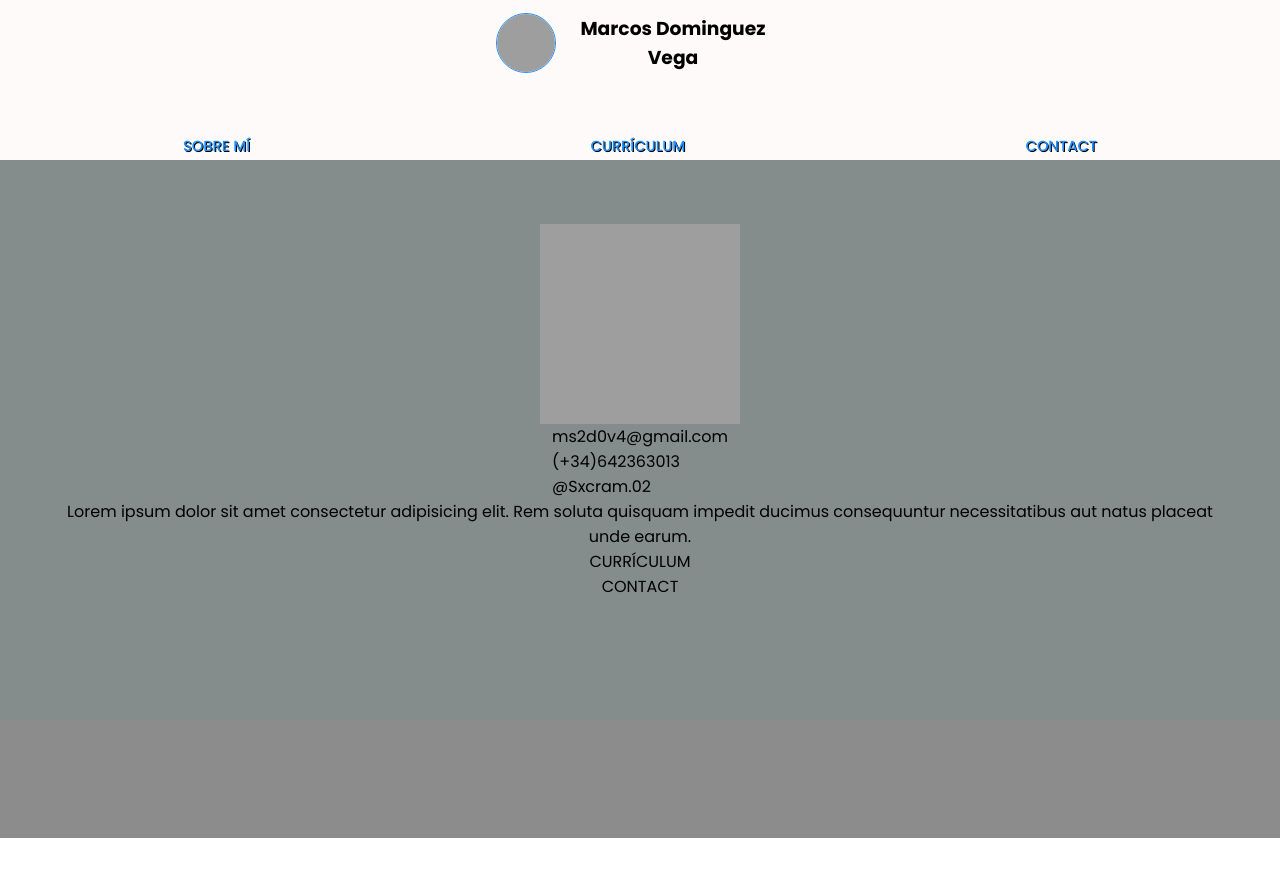
Repository: Sxcram02/Portfoliov.2
Page: index.html
These files come from the project's save history. The page is drawn as it stood at one moment and after the next save; the edit follows.
The browser window is 1280 px wide. The pictures show the whole page.
Pictures or frames that could not be fetched are drawn as grey boxes.

Above is the page before, as saved 2023-04-11 00:16:42.

### index.html
<!DOCTYPE html>
<html lang="en">
<head>
    <meta charset="UTF-8">
    <meta http-equiv="X-UA-Compatible" content="IE=edge">
    <meta name="viewport" content="width=device-width, initial-scale=1.0">
    <link rel="stylesheet" href="css/style.css" />
    <link rel="shortcut icon" href="https://picsum.photo/160" type="image/x-icon" />
    <title>miPortFolio</title>
</head>
<body>
    <div class="root">
        <header>
            <div class="box-porfile">
                <img src="https://picsum.photos/200" alt="porfile" />
                <h3 class="name">Marcos Dominguez Vega</h3>
            </div>
            <nav>
                <ul class="nav-bar">
                    <li><a href="">SOBRE MÍ</a></li>
                    <li><a href="">CURRÍCULUM</a></li>
                    <li><a href="">CONTACT</a></li>
                </ul>
            </nav>
        </header>
        <main>
            <section class="sobreMi">
                <article class="box-image">
                    <img src="https://picsum.photos/200" alt="porfile" />
                    <ul class="redes">
                        <li>ms2d0v4@gmail.com</li>
                        <li>(+34)642363013</li>
                        <li>@Sxcram.02</li>
                    </ul>
                </article>
                <article class="info">
                    <p>Lorem ipsum dolor sit amet consectetur adipisicing elit. Rem soluta quisquam impedit ducimus consequuntur necessitatibus aut natus placeat unde earum.</p>
                    <ul class="nav-bar2">
                        <li>CURRÍCULUM</li>
                        <li>CONTACT</li>
                    </ul>
                </article>
            </section>
        </main>
    </div>
</body>
</html>

### css/style.css
@import url('https://fonts.googleapis.com/css2?family=Poppins:ital,wght@0,400;0,500;0,600;0,700;0,800;0,900;1,400&display=swap');

* {
    margin: 0;
    padding: 0;
    box-sizing: border-box;
    font-family: 'Poppins',sans-serif;
    list-style: none;
    text-decoration: none;
}

.root {
    width: 100vw;
    height: 100vh;
    background-color: azure;
}

header {
    width: 100%;
    height: 10em;
    padding: 1%;
    background-color: snow;
    display: flex;
    flex-direction: column;
    align-items: center;
}

.box-porfile {
    display: flex;
    align-items: center;
    text-align: center;
}

.box-porfile > img {
    width: 60px;
    height: 60px;
    border-radius: 100%;
    margin-left: 2%;
    border: 1px solid dodgerblue;
}

.box-porfile > img:hover {
    border: 1px solid orange;
    transition: all 0.3s;
}

nav {
    width: 100%;
    margin-top: 5%;
}

.nav-bar {
    display: flex;
    align-items: center;
    justify-content: space-around;
    font-weight: 500;
    text-shadow: 1px 1px black;
    font-size: 11pt;
}

.nav-bar li > a {
    border-radius: 10px;
    padding: 10px;
    cursor: pointer;
    color: dodgerblue;
}

.nav-bar li:hover > a {
    background-color: rgba(128, 128, 128, 0.604);
    color:orange;
    transition: all 0.3s;
}

main {
    width: 100vw;
    height: 100vh;
}

.sobreMi {
    padding: 5%;
    background-color: rgba(0, 0, 0, 0.451);
    display: grid;
    grid-template-columns: 1,1fr;
    grid-template-rows: repeat(2,1.4fr);
}

.box-image {
    grid-column: 1/2;
    grid-row: 1/2;
    display: flex;
    flex-direction: column;
    align-items: center;
}

.info {
    grid-column: 1/2;
    grid-row: 2/3;
    text-align: center;
}

After the next save:
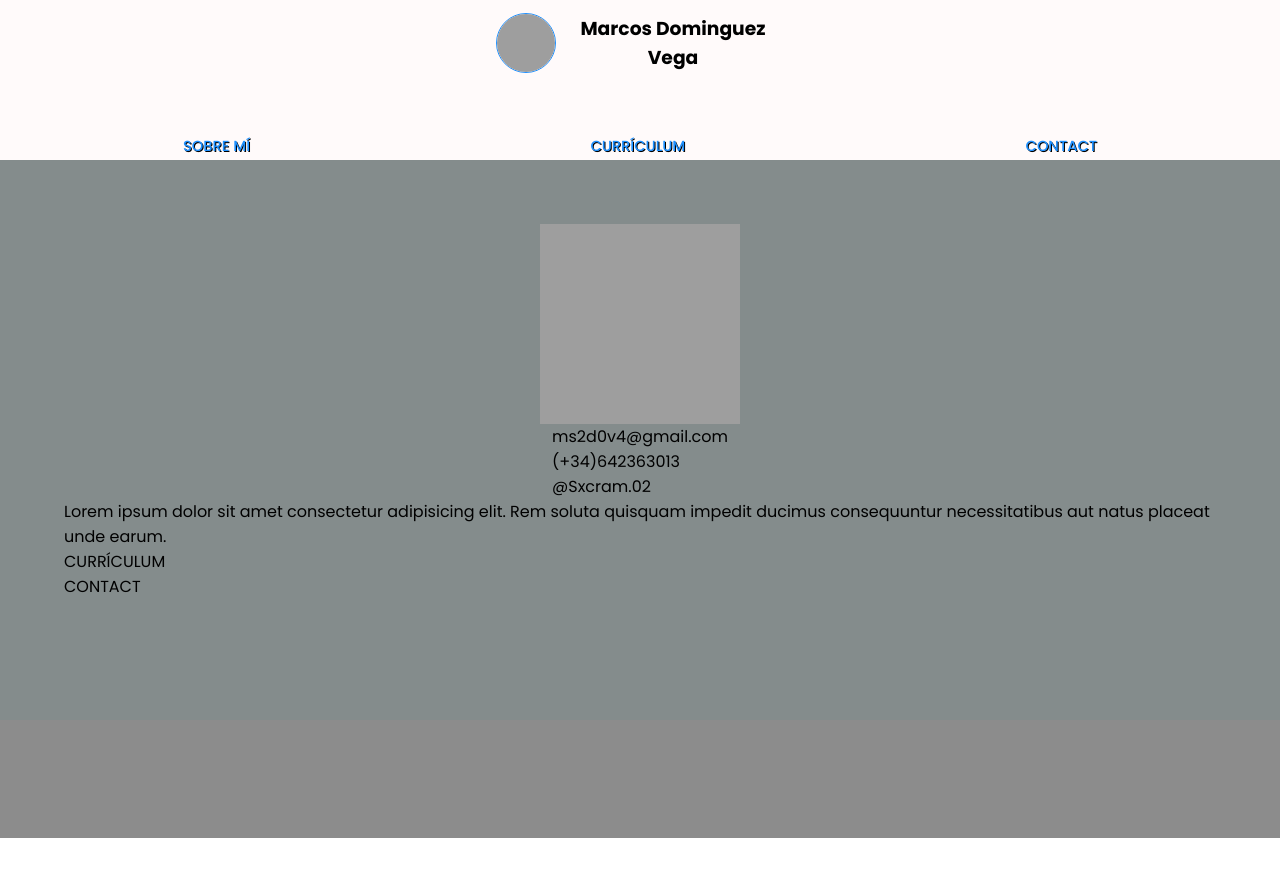
Saved 5 s later.
--- a/css/style.css
+++ b/css/style.css
@@ -95,5 +95,6 @@
 .info {
     grid-column: 1/2;
     grid-row: 2/3;
+    grid
     text-align: center;
 }

After the 4 saves that followed:
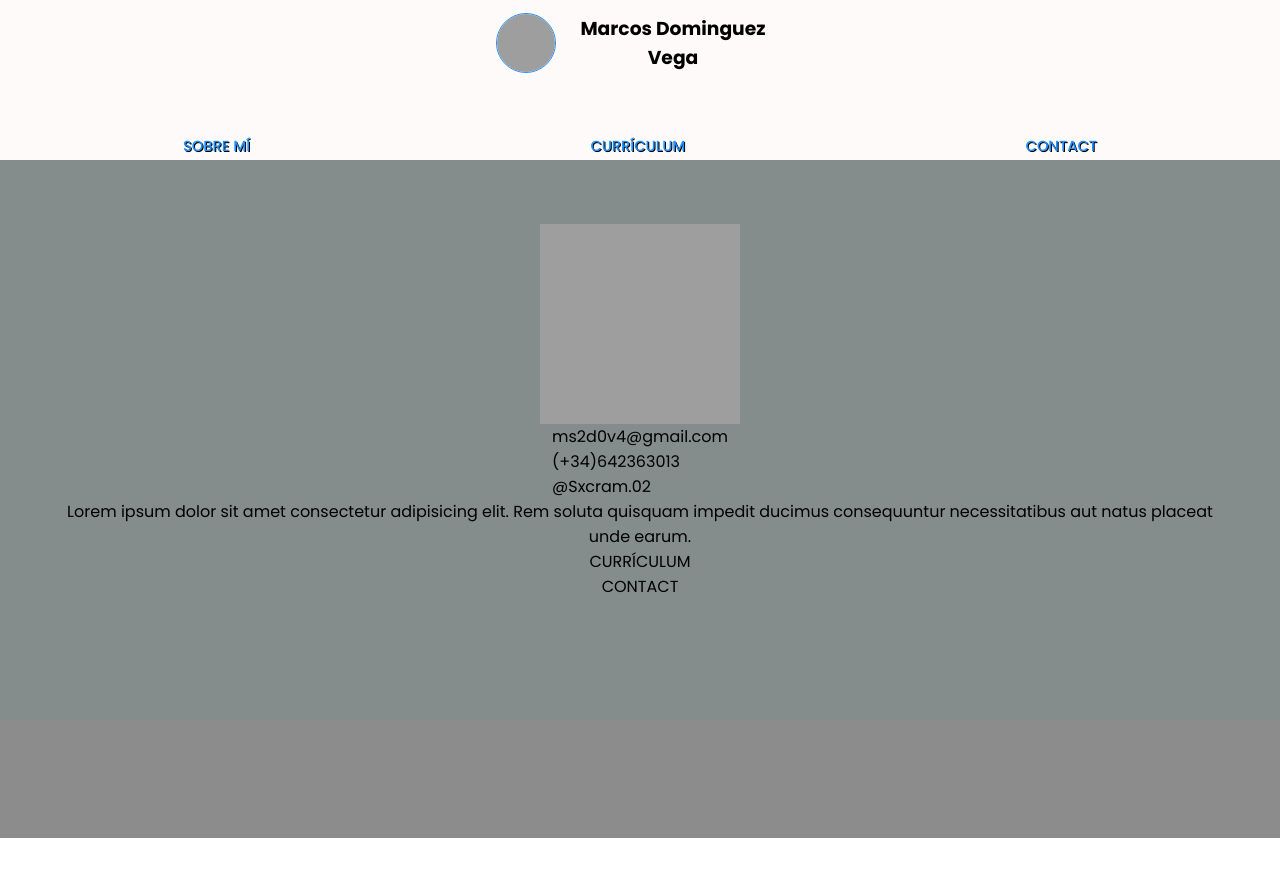
The 4 saves are shown as one change because they came seconds apart.
The last was saved 11 s later.
--- a/css/style.css
+++ b/css/style.css
@@ -95,6 +95,6 @@
 .info {
     grid-column: 1/2;
     grid-row: 2/3;
-    grid
+    grid-row-gap: 10px;
     text-align: center;
 }
